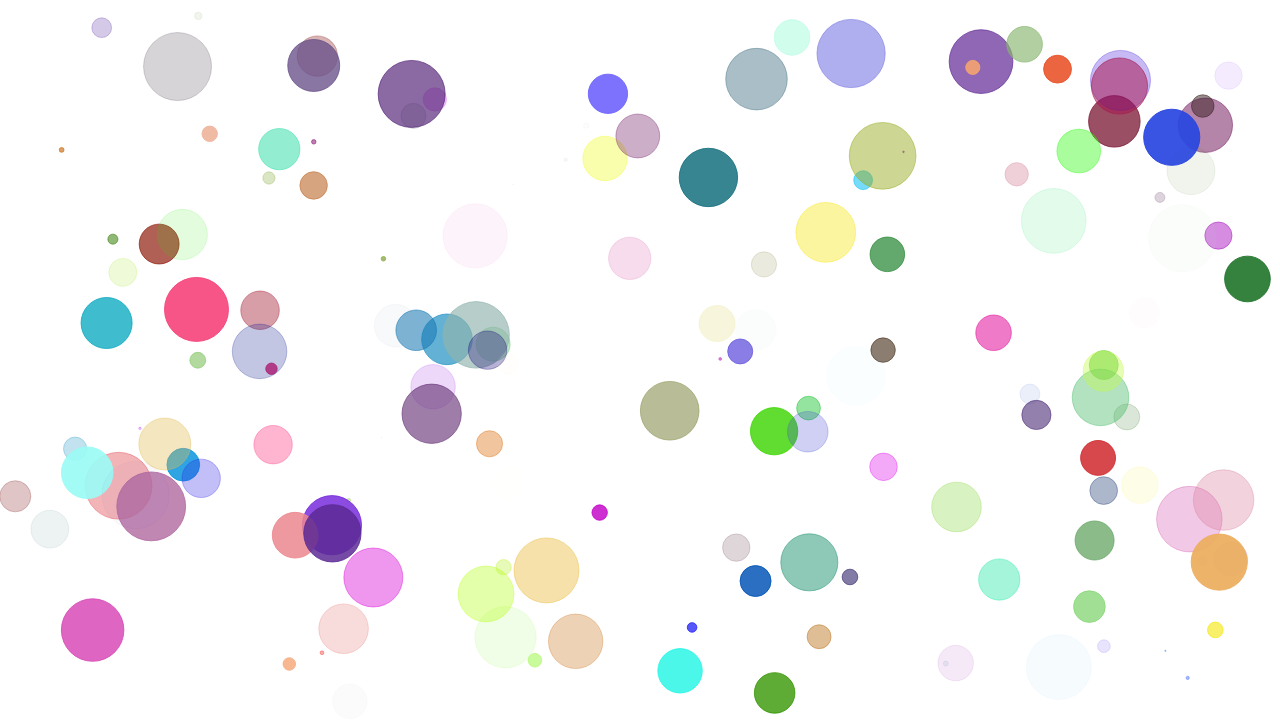
Repository: MikeTroianello/canvas-testing
Page: index.html
The author's editor kept a copy of each file at every save. The page is drawn from the files as they stood at one save, then again after the next save.
The browser window is 1280 px wide. The pictures show the whole page.

Above is the page before, as saved 2019-06-05 16:41:29.

After the next save:
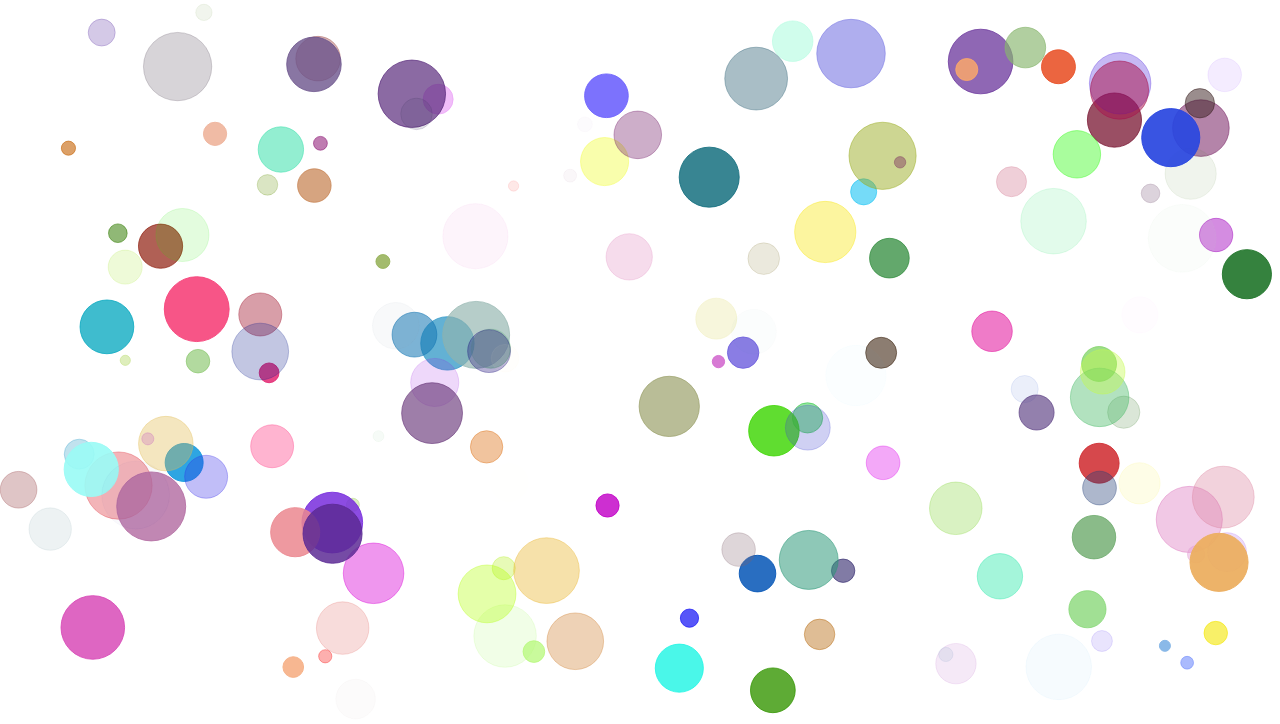
Saved 32 s later.
--- a/canvas.js
+++ b/canvas.js
@@ -74,7 +74,7 @@ class Circle {
 var circleArray = [];
 
 for (let i = 0; i < 150; i++) {
-  let r = Math.random() * 35;
+  let r = Math.random() * 30 + 5;
   // let r = 30;
   let x = Math.random() * (innerWidth - r * 2) + r;
   let y = Math.random() * (innerHeight - r * 2) + r;
